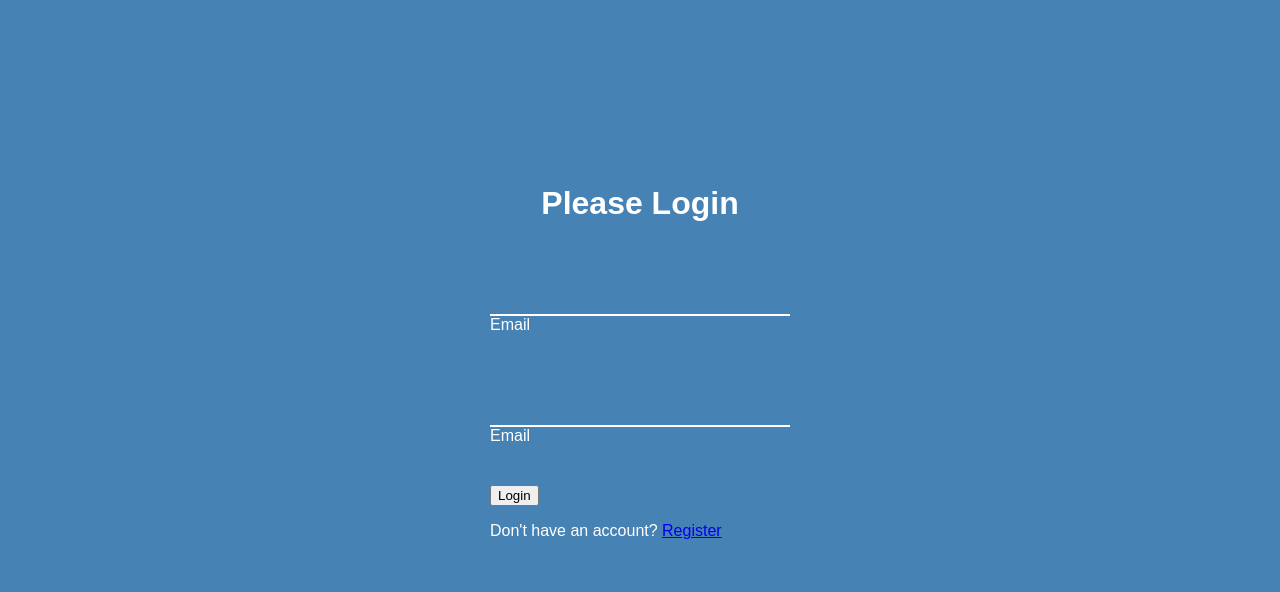
Repository: eagle-tex/50-projects-BT
Page: 08-form-wave-animation/index.html
These files come from the project's save history. The page is drawn as it stood at one moment and after the next save; the edit follows.
The browser window is 1280 px wide. The pictures show the whole page.
Some web fonts or font styles are not loaded; a fallback is used.

Above is the page before, as saved 2021-01-07 23:23:26.

After the next save:
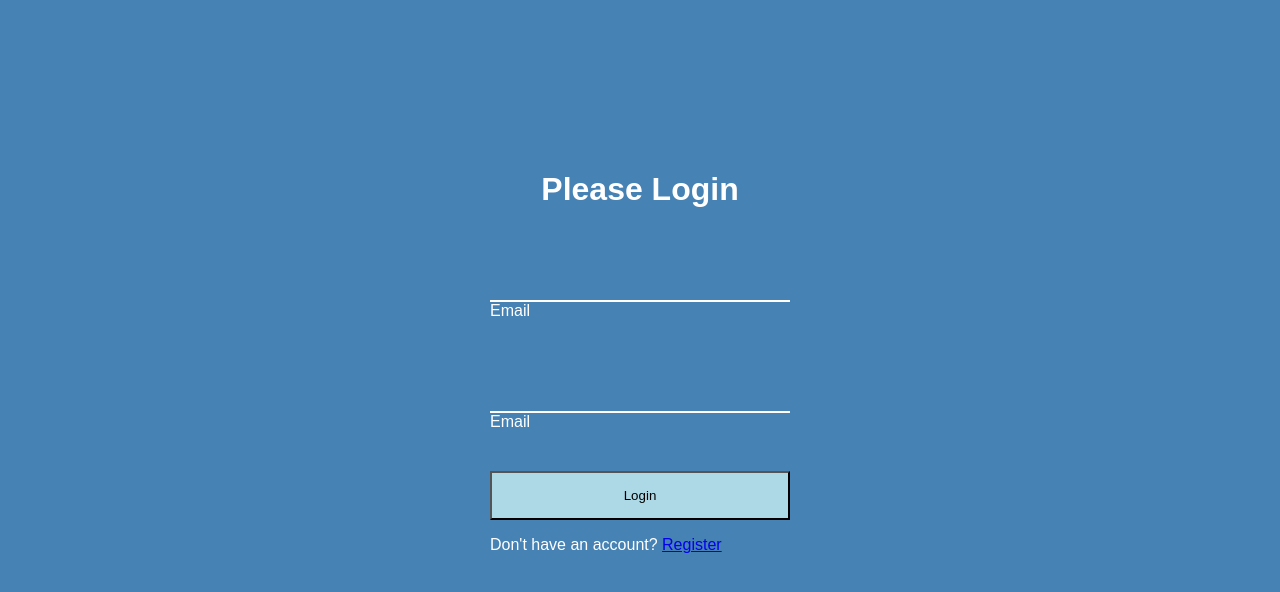
Saved 47 s later.
--- a/08-form-wave-animation/style.css
+++ b/08-form-wave-animation/style.css
@@ -37,6 +37,15 @@ body {
   color: lightblue;
 }
 
+.btn {
+  cursor: pointer;
+  display: inline-block;
+  width: 100%;
+  background: lightblue;
+  padding: 15px;
+  font-family: inherit;
+}
+
 .form-control {
   position: relative;
   margin: 20px 0 40px;
